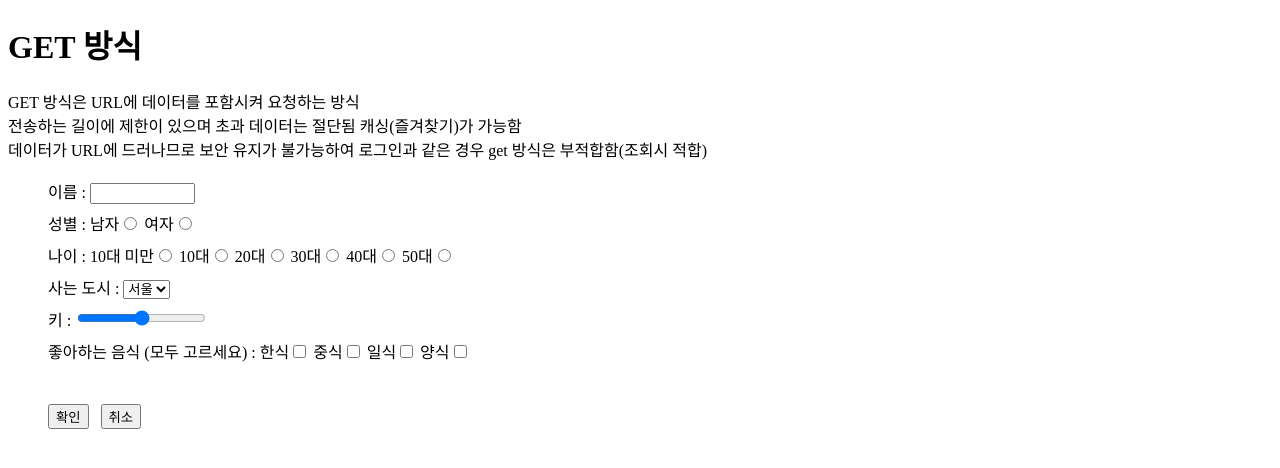
Repository: chuhj1226/servlet
Page: workspace/1_Servlet/WebContent/views/testServlet1.html
The author's editor kept a copy of each file at every save. The page is drawn from the files as they stood at one save, then again after the next save.
The browser window is 1280 px wide. The pictures show the whole page.

Above is the page before, as saved 2021-10-04 10:03:37.

### workspace/1_Servlet/WebContent/views/testServlet1.html
<!DOCTYPE html>
<html>
<head>
<meta charset="UTF-8">
<title>GET 방식 요청</title>
</head>
<body>
	<h1>GET 방식</h1>
	<p>
		GET 방식은 URL에 데이터를 포함시켜 요청하는 방식<br>
		전송하는 길이에 제한이 있으며 초과 데이터는 절단됨
		캐싱(즐겨찾기)가 가능함<br>
		데이터가 URL에 드러나므로 보안 유지가 불가능하여 로그인과 같은 경우 get 방식은 부적합함(조회시 적합)
	</p>
	   <form>
   <ul style="list-style: none; line-height: 200%;">
               <li>이름 : <input type="text" name="name" size="10" /></li>
               <li>성별 :
                               남자<input type="radio" name="gender" value="남자" />
                               여자<input type="radio" name="gender" value="여자" />
               </li>
               <li>나이 :
                   10대 미만<input type="radio" name="age" value="10대 미만" />
                   10대<input type="radio" name="age" value="10대" />
                   20대<input type="radio" name="age" value="20대" />
                   30대<input type="radio" name="age" value="30대" />
                   40대<input type="radio" name="age" value="40대" />
                   50대<input type="radio" name="age" value="50대" />
               </li>
               <li>사는 도시 :
                   <select name="city">
                       <option value="서울">서울</option>
                       <option value="경기">경기</option>
                       <option value="강원">강원</option>
                       <option value="충북">충북</option>
                       <option value="충남">충남</option>
                       <option value="경북">경북</option>
                       <option value="경남">경남</option>
                       <option value="전북">전북</option>
                       <option value="전남">전남</option>
                       <option value="제주">제주</option>
                   </select>
               </li>
               <li>키 :
                   <input type="range" name="height" min="140" max="200" step="1">
               </li>
               <li>좋아하는 음식 (모두 고르세요) :
                   <label for="food1">한식</label><input type="checkbox" name="food" id="korea" value="한식" />
                   <label for="food2">중식</label><input type="checkbox" name="food" id="china" value="중식" />
                   <label for="food3">일식</label><input type="checkbox" name="food" id="japan" value="일식" />
                   <label for="food4">양식</label><input type="checkbox" name="food" id="western" value="양식" />
               </li>
               <li>
                   <br/>
                   <input type="submit" name="btnOK" id="btnOK" value="확인"  />&nbsp;&nbsp;
                   <input type="reset" value="취소" />
               </li>
            </ul>
       </form>

</body>
</html>

After the next save:
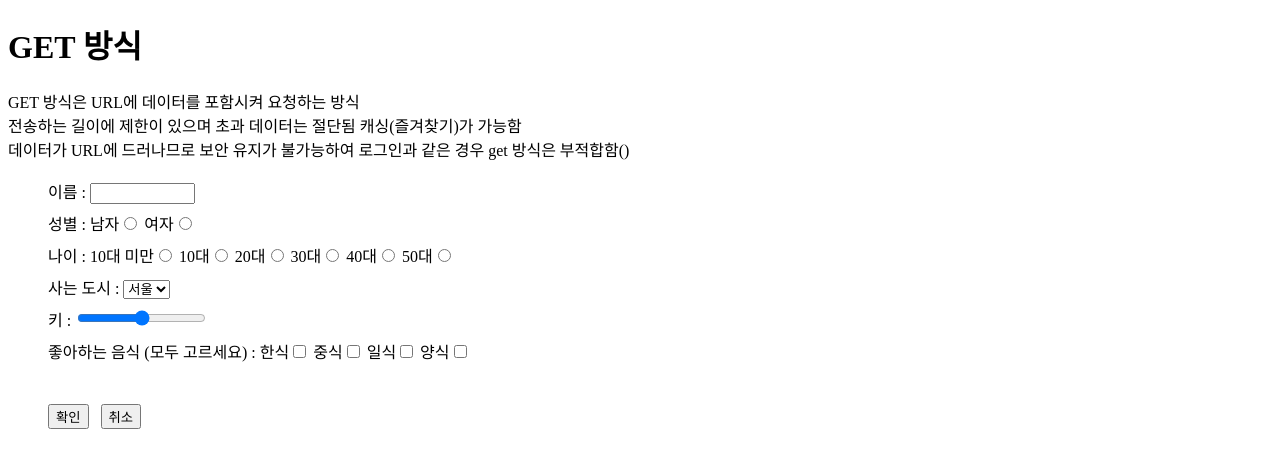
Saved 18 s later.
--- a/workspace/1_Servlet/WebContent/views/testServlet1.html
+++ b/workspace/1_Servlet/WebContent/views/testServlet1.html
@@ -10,7 +10,7 @@
 		GET 방식은 URL에 데이터를 포함시켜 요청하는 방식<br>
 		전송하는 길이에 제한이 있으며 초과 데이터는 절단됨
 		캐싱(즐겨찾기)가 가능함<br>
-		데이터가 URL에 드러나므로 보안 유지가 불가능하여 로그인과 같은 경우 get 방식은 부적합함(조회시 적합)
+		데이터가 URL에 드러나므로 보안 유지가 불가능하여 로그인과 같은 경우 get 방식은 부적합함()
 	</p>
 	   <form>
    <ul style="list-style: none; line-height: 200%;">
